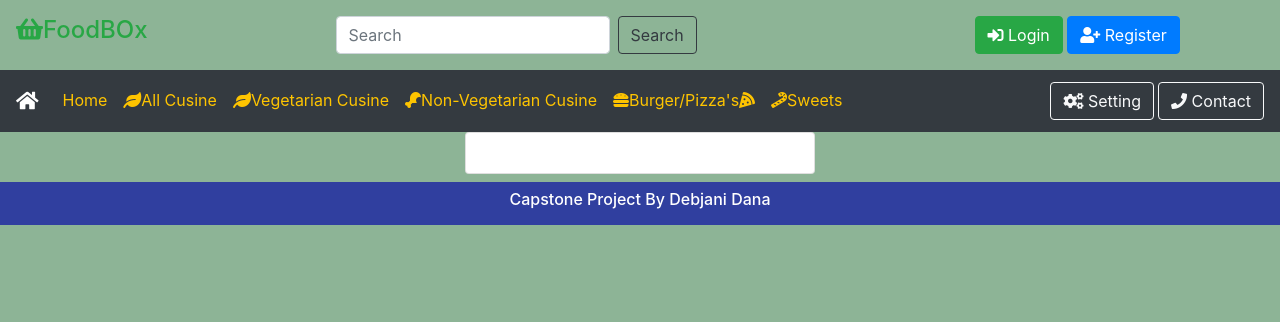
Repository: debjaniprofessional32/Capstone-Final-FoodBox-Delivery-Project
Page: http://localhost/OnlinFoodBOX/Edit_Profile.jsp
These files come from the project's save history. The page is drawn as it stood at one moment and after the next save; the edit follows.
The browser window is 1280 px wide. The pictures show the whole page.
Some web libraries are served in a nearby version. The page is served by Tomcat 9.

Above is the page before, as saved 2022-12-23 11:18:03.

After the next save:
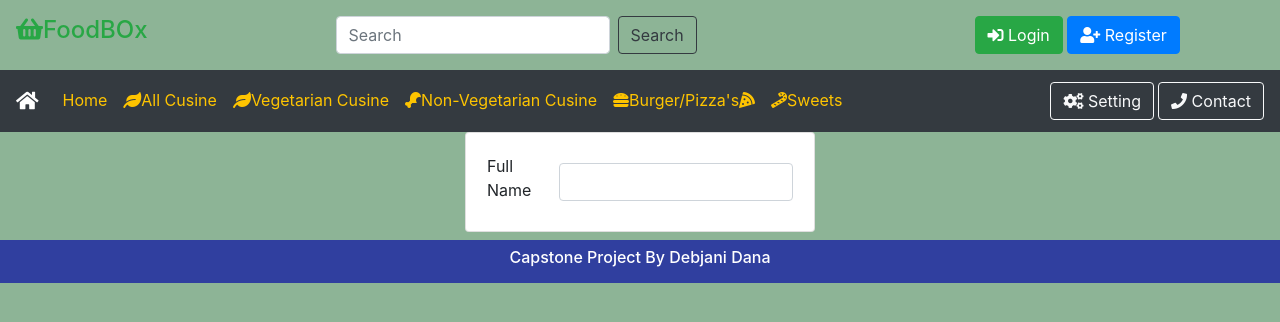
Saved 106 s later.
--- a/OnlinFoodBOX/src/main/webapp/Edit_Profile.jsp
+++ b/OnlinFoodBOX/src/main/webapp/Edit_Profile.jsp
@@ -15,7 +15,33 @@
 <div class="col-md-4 offset-md-4">
 <div class="card">
 <div class="card-body">
+<form class="form-horizontal" action="" method="">
 
+<table>
+<tr>
+<td>
+    <label for="exampleInputEmail1">Full Name</label>
+    </td>
+    <td>
+    <input type="text" class="form-control" name="fname" id="exampleInputEmail1" aria-describedby="emailHelp" required="required">
+ </td>
+ </tr>
+
+
+
+
+
+
+
+
+
+</table>
+
+
+
+
+
+</form>
 
 
 </div>
